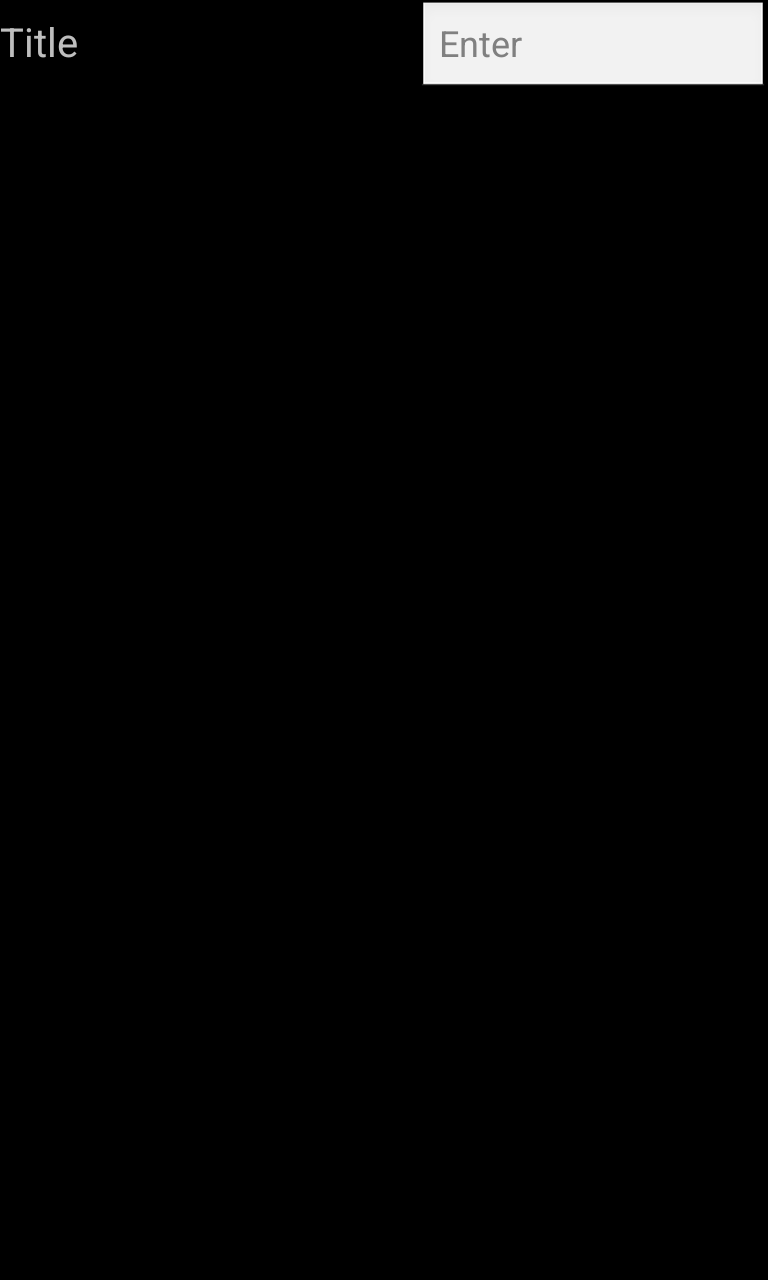
Repository: hilfialkaff/todo
Layout: ToDo_Replica/res/layout/add.xml
The author's editor kept a copy of each file at every save. The layout is drawn from the files as they stood at one save, then again after the next save.
It is drawn on a 768 x 1280 px phone screen (xhdpi) without system bars, with theme CustomTheme; the app's code is not run.

Above is the layout before, as saved 2011-03-18 01:00:44.

### ToDo_Replica/res/layout/add.xml
<?xml version="1.0" encoding="utf-8"?>
<LinearLayout xmlns:android="http://schemas.android.com/apk/res/android"
    android:layout_width="fill_parent"
    android:layout_height="fill_parent">
<TableLayout
	android:id="@+id/tl_add"
	android:layout_width="fill_parent"
	android:layout_height="wrap_content"
	android:stretchColumns="0">
	<TableRow
		android:id="@+id/tr_title"
		android:layout_width="fill_parent"
		android:layout_height="wrap_content">
		<TextView
			android:id="@+id/tv_title"
			android:layout_width="wrap_content"
			android:layout_height="wrap_content"
			android:text="Title"
			android:textSize="20">
		</TextView>
		<EditText
			android:id="@+id/et_title"
			android:layout_width="350px"
			android:layout_height="wrap_content"
			android:hint="Enter">
	</EditText>
</TableRow>
</TableLayout>

<TableLayout
	android:id="@+id/tl_info"
	android:layout_width="fill_parent"
	android:layout_height="wrap_content"
	android:stretchColumns="0">

<TableLayout
	android:id="@+id/Line01"
	android:layout_width="fill_parent"
	android:layout_height="1dip"
	android:background="#FFFFFFFF">
</TableLayout>

<TableLayout
	android:id="@+id/Line02"
	android:layout_width="fill_parent"
	android:layout_height="1dip"
	android:background="#00000000">
</TableLayout>

<TableRow
	android:id="@+id/todo"
	android:layout_width="wrap_content"
	android:layout_height="wrap_content">
	<TextView
		android:layout_width="fill_parent"
		android:layout_height="wrap_content"
		android:text="ToDo	: ">
	</TextView>
	<EditText
		android:id="@+id/et_todo"
		android:layout_width="wrap_content"
		android:layout_height="wrap_content"
		android:text="">
	</EditText>
</TableRow>

<TableRow
	android:id="@+id/tags"
	android:layout_width="wrap_content"
	android:layout_height="wrap_content">
	<TextView
		android:layout_width="fill_parent"
		android:layout_height="wrap_content"
		android:text="Tags	: ">
	</TextView>
	<EditText
		android:id="@+id/et_tags"
		android:layout_width="wrap_content"
		android:layout_height="wrap_content"
		android:text="">
	</EditText>
</TableRow>

<TableRow
	android:id="@+id/notes"
	android:layout_width="wrap_content"
	android:layout_height="wrap_content">
	<TextView
		android:layout_width="fill_parent"
		android:layout_height="wrap_content"
		android:text="Notes	: ">
	</TextView>
	<EditText
		android:id="@+id/et_notes"
		android:layout_width="wrap_content"
		android:layout_height="wrap_content">
	</EditText>
</TableRow>

</TableLayout>

<TableLayout
	android:id="@+id/tl_button"
	android:layout_width="fill_parent"
	android:layout_height="wrap_content">
	<Button
		android:id="@+id/b_save"
		android:layout_width="wrap_content"
		android:layout_height="wrap_content"
		android:text="Save">
	</Button>
</TableLayout>
</LinearLayout>

### ToDo_Replica/res/values/custom_style.xml
<?xml version="1.0" encoding="UTF-8"?>
<resources>
    <style name="CustomWindowTitleBackground" parent="android:WindowTitleBackground">
        <item name="android:background">@android:color/transparent</item>
    </style>
    <style name="CustomTheme" parent="android:Theme">
        <item name="android:windowTitleSize">50px</item>
        <item name="android:windowTitleBackgroundStyle">@style/CustomWindowTitleBackground</item>
    </style>
</resources>

After the next save:
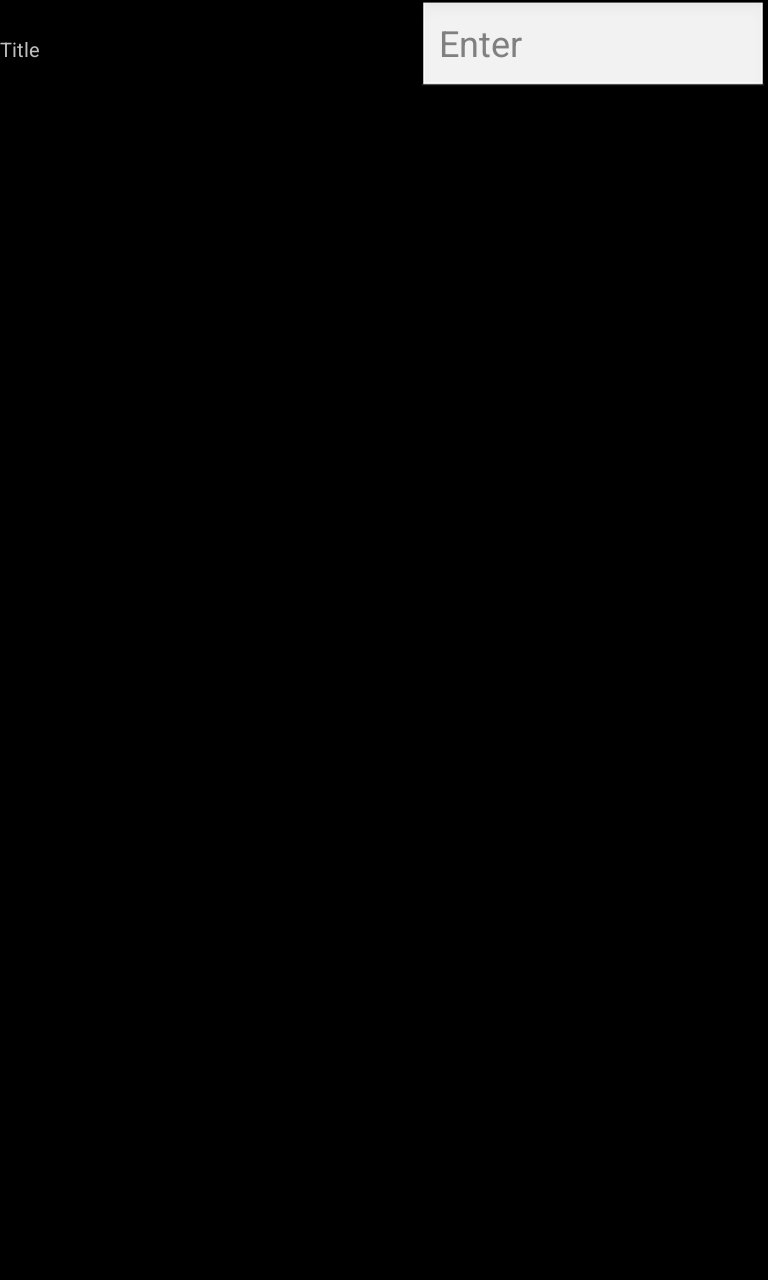
Saved 9 s later.
--- a/ToDo_Replica/res/layout/add.xml
+++ b/ToDo_Replica/res/layout/add.xml
@@ -16,7 +16,7 @@
 			android:layout_width="wrap_content"
 			android:layout_height="wrap_content"
 			android:text="Title"
-			android:textSize="20">
+			android:textSize="20px">
 		</TextView>
 		<EditText
 			android:id="@+id/et_title"
